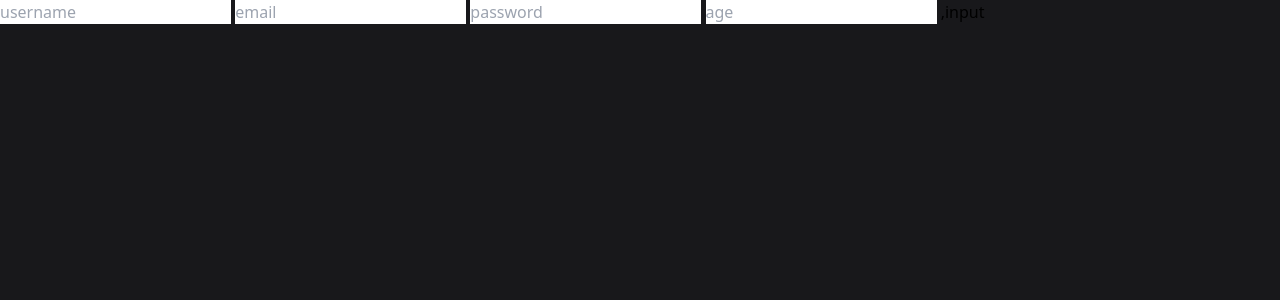
Repository: sulabh5911/login-Page
Page: http://localhost/
The author's editor kept a copy of each file at every save. The page is drawn from the files as they stood at one save, then again after the next save.
The browser window is 1280 px wide. The pictures show the whole page.
Some web libraries are served in a nearby version. The page is served by the project's Node server (app.js). Other server files are loaded and not shown.

Above is the page before, as saved 2024-08-28 15:18:11.

### views/index.ejs
<!DOCTYPE html>
<html lang="en">
<head>
    <meta charset="UTF-8">
    <meta name="viewport" content="width=device-width, initial-scale=1.0">
    <title>Document</title>
    <script src="https://cdn.tailwindcss.com"></script>
</head>
<body>
    <div class="w-full h-screen bg-zinc-900">
        <form method="post" action="">
            <input type="text" placeholder="username" name="username">
            <input type="email" placeholder="email" name="email">
            <input type="password" placeholder="password" name="password">
            <input type="number" placeholder="age" name="age">
            ,input
        </form>
    </div>
</body>
</html>

### app.js
const express=require('express');
const app=express();
const userModel=require("./models/user");
const cookieParser=require('cookie-parser');
const path=require('path');
app.set("view engine","ejs");
app.use(express.json());
app.use(express.urlencoded({extended:true}));
app.use(express.static(path.join(__dirname,'public')));
app.use(cookieParser());

app.get('/',function(req,res){
    res.render('index');
})

app.listen(3000);

After the next save:
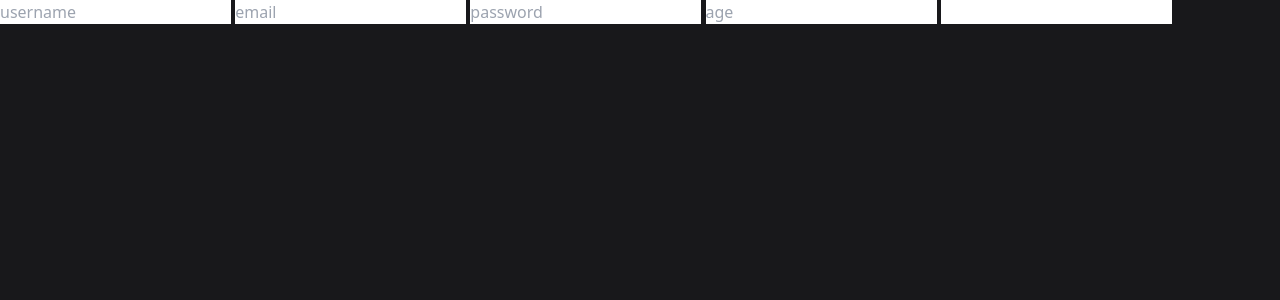
Saved 5 s later.
--- a/views/index.ejs
+++ b/views/index.ejs
@@ -13,7 +13,7 @@
             <input type="email" placeholder="email" name="email">
             <input type="password" placeholder="password" name="password">
             <input type="number" placeholder="age" name="age">
-            ,input
+            <input
         </form>
     </div>
 </body>

After the 4 saves that followed:
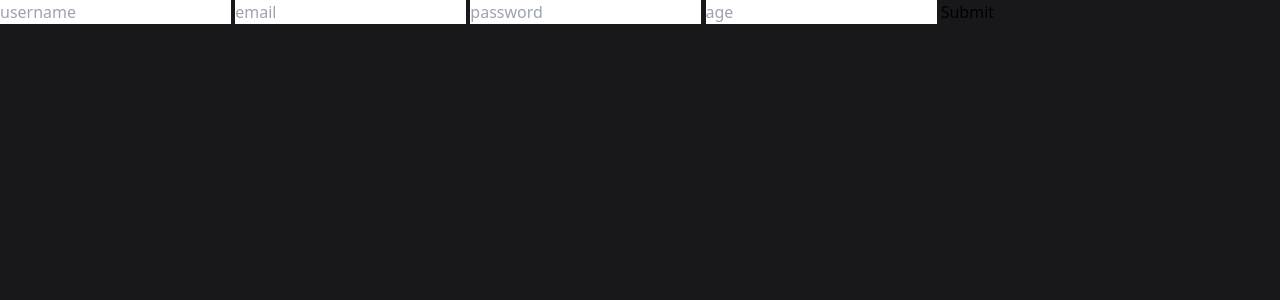
The 4 saves are shown as one change because they came seconds apart.
The last was saved 10 s later.
--- a/views/index.ejs
+++ b/views/index.ejs
@@ -13,7 +13,7 @@
             <input type="email" placeholder="email" name="email">
             <input type="password" placeholder="password" name="password">
             <input type="number" placeholder="age" name="age">
-            <input
+            <input type="submit"
         </form>
     </div>
 </body>
